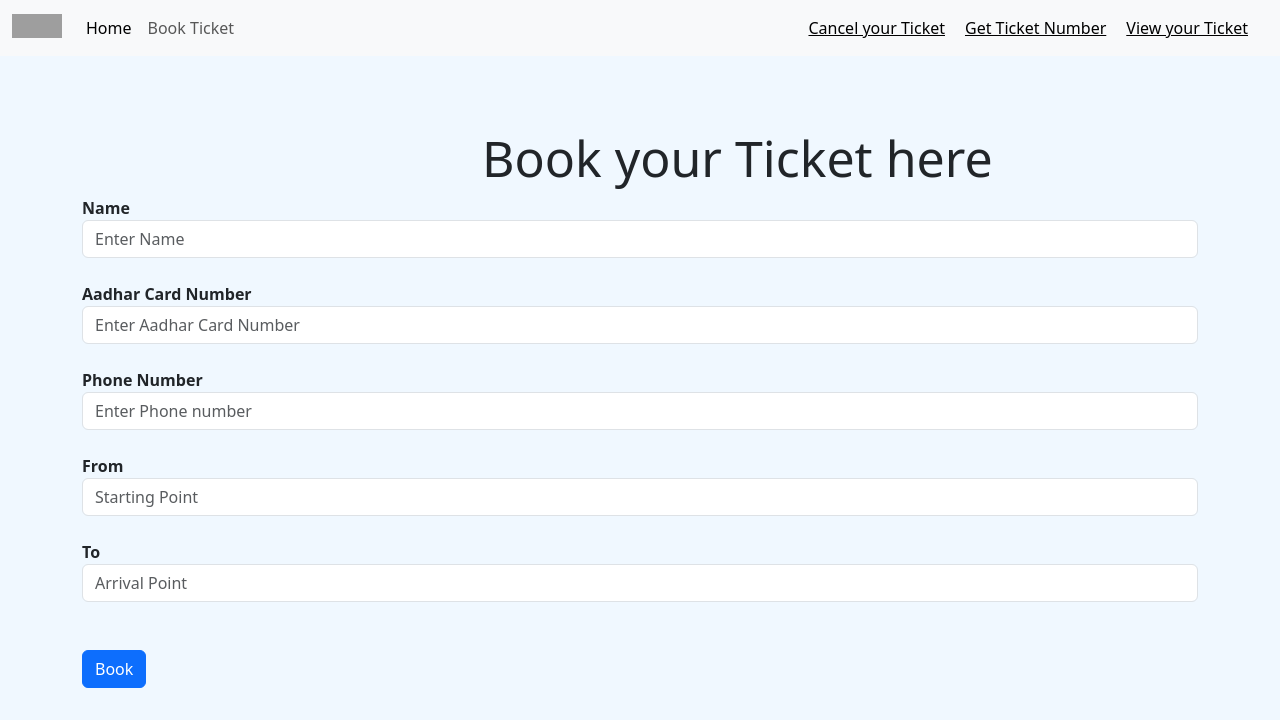
Repository: MayankSardana/Book-My-Ticket
Page: http://localhost/Book
The author's editor kept a copy of each file at every save. The page is drawn from the files as they stood at one save, then again after a run of saves.
The browser window is 1280 px wide. The pictures show the whole page.
Pictures or frames that could not be fetched are drawn as grey boxes. The page is this project's Thymeleaf template; nobody is signed in. The template is opened directly, without the code that normally fills it, so the values that code supplies are empty.

Above is the page before, as saved 2024-07-02 06:11:06.

After the next 2 saves:
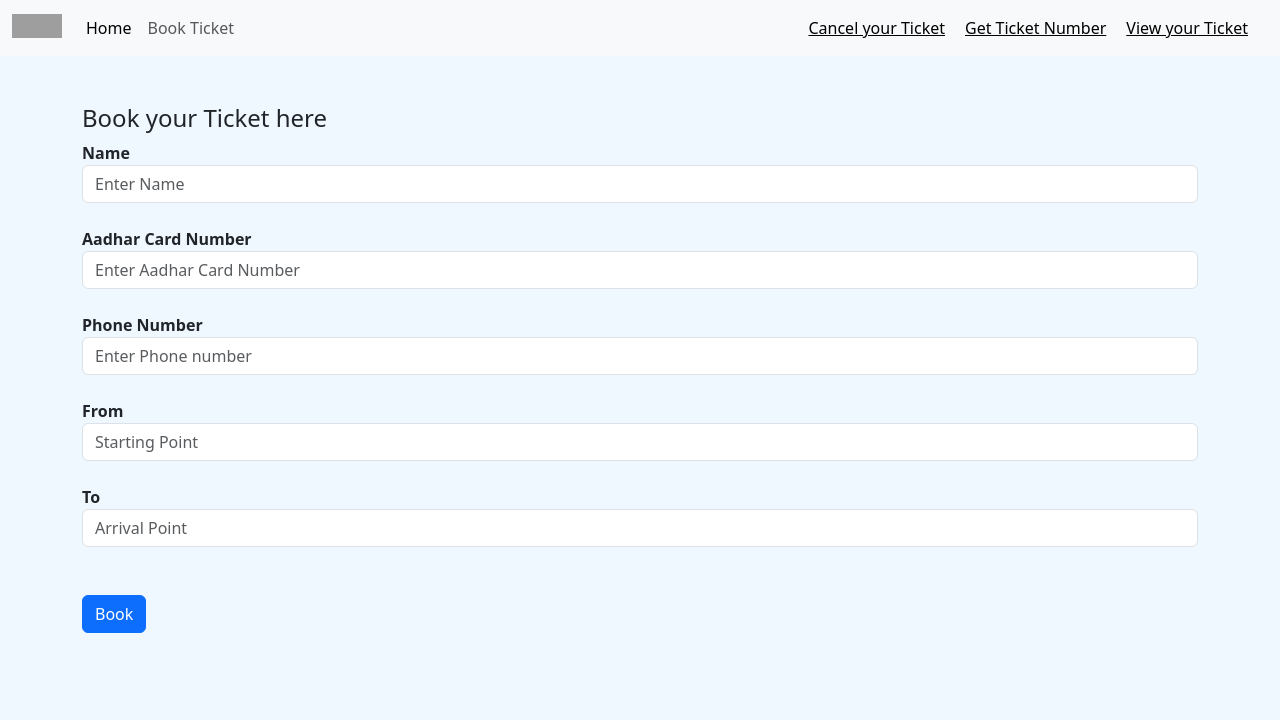
The 2 saves are shown as one change because they came seconds apart.
The last was saved 34 s later.
--- a/BookMyTicket/src/main/resources/templates/Book.html
+++ b/BookMyTicket/src/main/resources/templates/Book.html
@@ -62,11 +62,10 @@
 	        </div>
 	      </nav>
 
-	      <br/>
 
 
     <div class="container mt-5">
-        <h2>Book your Ticket here</h2>
+        <h4>Book your Ticket here</h4>
         <form action="#" th:action="@{/saveTicket}" th:object="${person}" method="post">
           <div class="form-group">
             <label for="firstName">Name</label>
